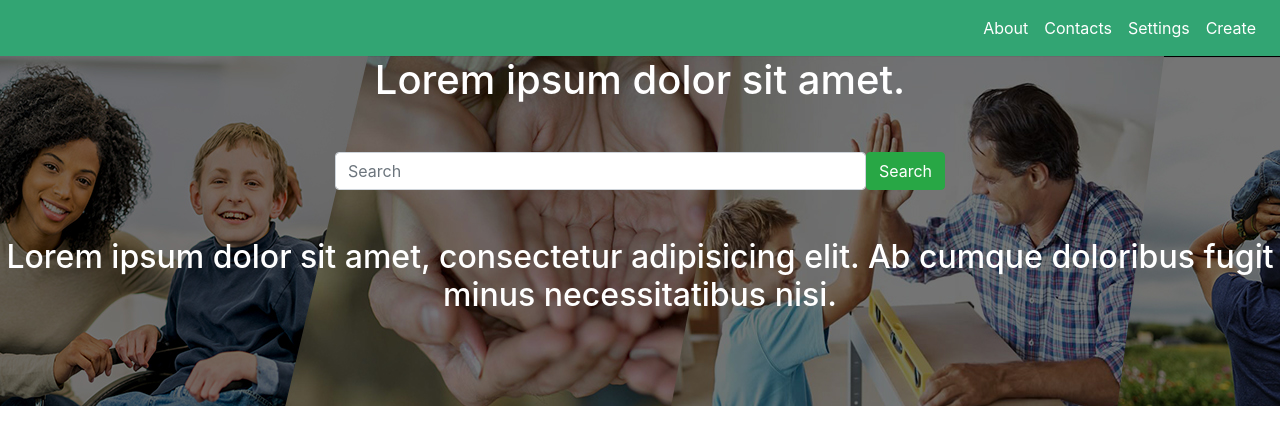
Repository: abduvali-aminov/fond
Page: http://localhost/main
These files come from the project's save history. The page is drawn as it stood at one moment and after the next save; the edit follows.
The browser window is 1280 px wide. The pictures show the whole page.
The page is served by the project's Laravel application, run on PHP 8.4 with Laravel 8. Other server files are loaded and not shown.

Above is the page before, as saved 2021-01-18 12:55:21.

### routes/web.php
<?php

use App\Http\Controllers\AppliesController;
use App\Http\Controllers\MainController;
use Illuminate\Support\Facades\Route;

/*
|--------------------------------------------------------------------------
| Web Routes
|--------------------------------------------------------------------------
|
| Here is where you can register web routes for your application. These
| routes are loaded by the RouteServiceProvider within a group which
| contains the "web" middleware group. Now create something great!
|
*/

Route::get('/', function () {
    return view('welcome');
});

Route::get('/apply', [AppliesController::class, 'index'])->name('apply');
Route::get('/apply-create', [AppliesController::class, 'create'])->name('apply-create');
Route::post('/apply-store', [AppliesController::class, 'store'])->name('apply-store');
Route::get('/main', [MainController::class, 'index'])->name('main');

### app/Http/Controllers/MainController.php
<?php

namespace App\Http\Controllers;

use Illuminate\Http\Request;

class MainController extends Controller
{
    public function index()
    {
        return view('main.index');
    }
}

### resources/views/main/index.blade.php
@extends('main.main')
@section('content')

    <div  style="height: 350px;background-image:url('{{ asset('images/photo_3.jpg') }}');position:relative">
        <center >
            <div >
                <h1 class="text-white">Lorem ipsum dolor sit amet.</h1>
                <form class="d-flex col-6 mt-5">
                    <input class="form-control" type="search" placeholder="Search" aria-label="Search">
                    <button class="btn btn-success" type="submit">Search</button>
                </form>
                <h2 class="text-center text-white mt-5">Lorem ipsum dolor sit amet, consectetur adipisicing elit. Ab cumque doloribus fugit minus necessitatibus nisi.</h2>
            </div>
        </center>
    </div>

@endsection

### resources/views/main/main.blade.php
<!DOCTYPE html>
<html lang="en">
<head>
    <meta charset="UTF-8">
    <meta name="viewport" content="width=device-width, initial-scale=1.0">
    <meta http-equiv="X-UA-Compatible" content="ie=edge">
    <title>Document</title>

    <!-- Including the bootstrap CDN -->
    <link rel="stylesheet" href=
    "https://maxcdn.bootstrapcdn.com/bootstrap/4.4.1/css/bootstrap.min.css">
        <link rel="stylesheet" href="https://cdnjs.cloudflare.com/ajax/libs/font-awesome/4.7.0/css/font-awesome.min.css">
        <style>
            #navbar {
                /*margin-top: 20px;*/
                -webkit-text-fill-color: white;
                background-color: #32a573;
                /*position:fixed;*/
                /*top:0;*/
            }
        </style>
</head>

<body>

    <!-- Creating a navigation bar using the
            .navbar class of bootstrap -->
    <nav class="navbar navbar-expand-sm  " id="navbar">
        <ul class="navbar-nav ml-auto">
            <li class="nav-item">
                <a class="nav-link" href="#">
                    About
                </a>
            </li>
            <li class="nav-item">
                <a class="nav-link" href="#">
                    Contacts
                </a>
            </li>
            <li class="nav-item">
                <a class="nav-link" href="#">
                    Settings
                </a>
            </li>
            <li class="nav-item">
                <a class="nav-link" href="{{ route('apply-create') }}">
                    Create
                </a>
            </li>
        </ul>
    </nav>
</body>

</html>
    @yield('content')



    <!-- JS, Popper.js, and jQuery -->
    <script src="https://code.jquery.com/jquery-3.5.1.slim.min.js" integrity="sha384-DfXdz2htPH0lsSSs5nCTpuj/zy4C+OGpamoFVy38MVBnE+IbbVYUew+OrCXaRkfj" crossorigin="anonymous"></script>
    <script src="https://cdn.jsdelivr.net/npm/popper.js@1.16.1/dist/umd/popper.min.js" integrity="sha384-9/reFTGAW83EW2RDu2S0VKaIzap3H66lZH81PoYlFhbGU+6BZp6G7niu735Sk7lN" crossorigin="anonymous"></script>
    <script src="https://stackpath.bootstrapcdn.com/bootstrap/4.5.2/js/bootstrap.min.js" integrity="sha384-B4gt1jrGC7Jh4AgTPSdUtOBvfO8shuf57BaghqFfPlYxofvL8/KUEfYiJOMMV+rV" crossorigin="anonymous"></script>

</html>

Loaded but not shown: app/Http/Controllers/Controller.php (common file)

After the next save:
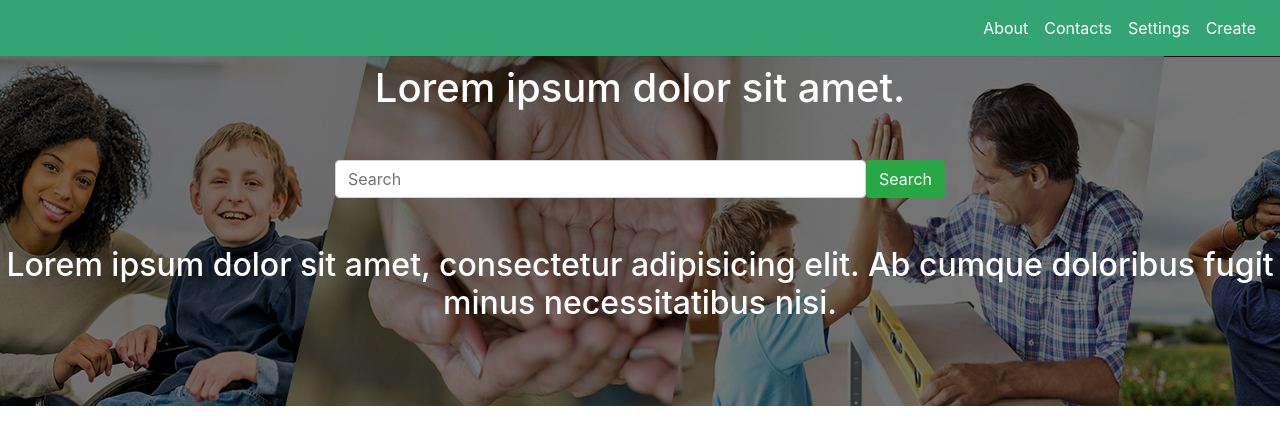
Saved 8 s later.
--- a/resources/views/main/index.blade.php
+++ b/resources/views/main/index.blade.php
@@ -3,7 +3,7 @@
 
     <div  style="height: 350px;background-image:url('{{ asset('images/photo_3.jpg') }}');position:relative">
         <center >
-            <div >
+            <div class="pt-2">
                 <h1 class="text-white">Lorem ipsum dolor sit amet.</h1>
                 <form class="d-flex col-6 mt-5">
                     <input class="form-control" type="search" placeholder="Search" aria-label="Search">
